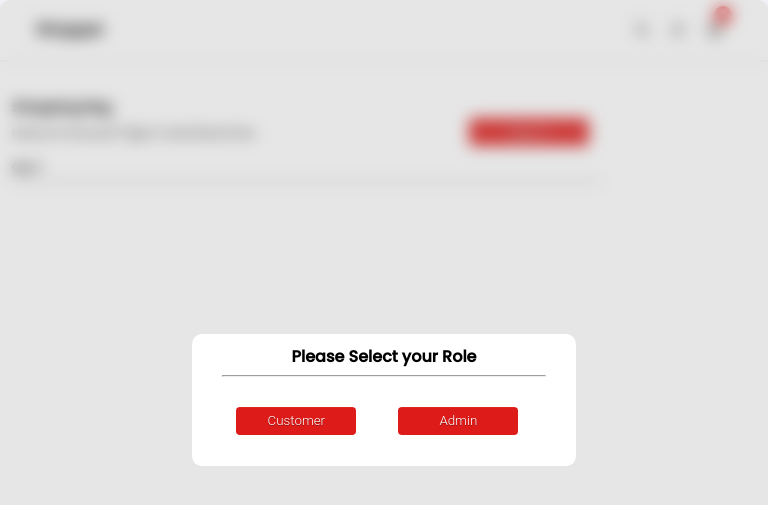
Repository: coolronts/aize-project
Page: /cart
These files come from the project's save history. The page is drawn as it stood at one moment and after the next save; the edit follows.
The browser window is 768 px wide. The pictures show the whole page.
The project was rebuilt for these pictures with package versions that can differ from the ones it lists, and the page was loaded fresh each time. Also part of the build but not shown: src/components/CartItem/CartItem.tsx, src/pages/Shop/shop.module.css, src/components/Card/Card.tsx, src/components/EditModal/editModal.module.css, src/components/EditModal/EditModal.tsx, src/components/AddModal/addModal.module.css, src/components/AddModal/AddModal.tsx, src/pages/Shop/Shop.tsx.

Above is the page before, as saved 2021-09-16 21:45:36.

After the next save:
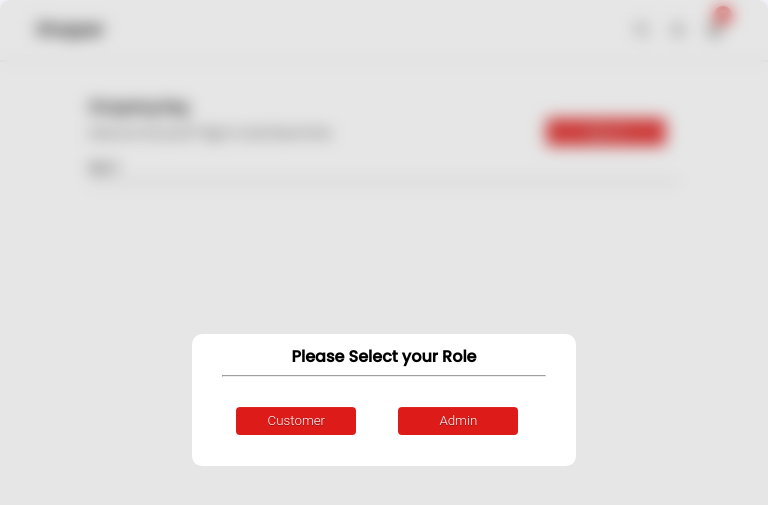
Saved 8 s later.
--- a/src/pages/Cart/cart.module.css
+++ b/src/pages/Cart/cart.module.css
@@ -96,6 +96,7 @@ button:hover {
     }
     .container {
         padding: 24px 0px;
+        justify-content: center
     }
     .shoppingBag {
         width: 80%;
